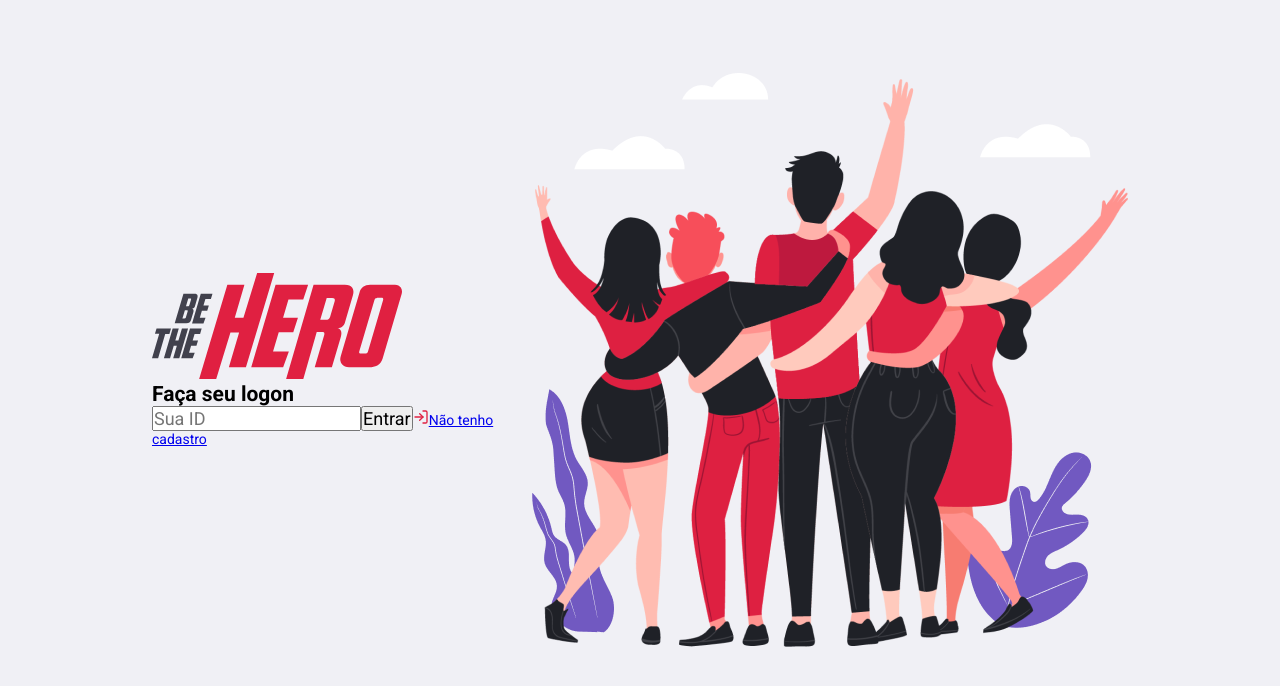
Repository: pedroevangelista/be-the-hero
Page: / (app in frontend/)
An editor plug-in stored every save of this project. The page is shown before and after the next save, followed by the edit.
The browser window is 1280 px wide. The pictures show the whole page.
The project was rebuilt for these pictures with package versions that can differ from the ones it lists, and the page was loaded fresh each time.

Above is the page before, as saved 2020-03-25 12:19:33.

After the next save:
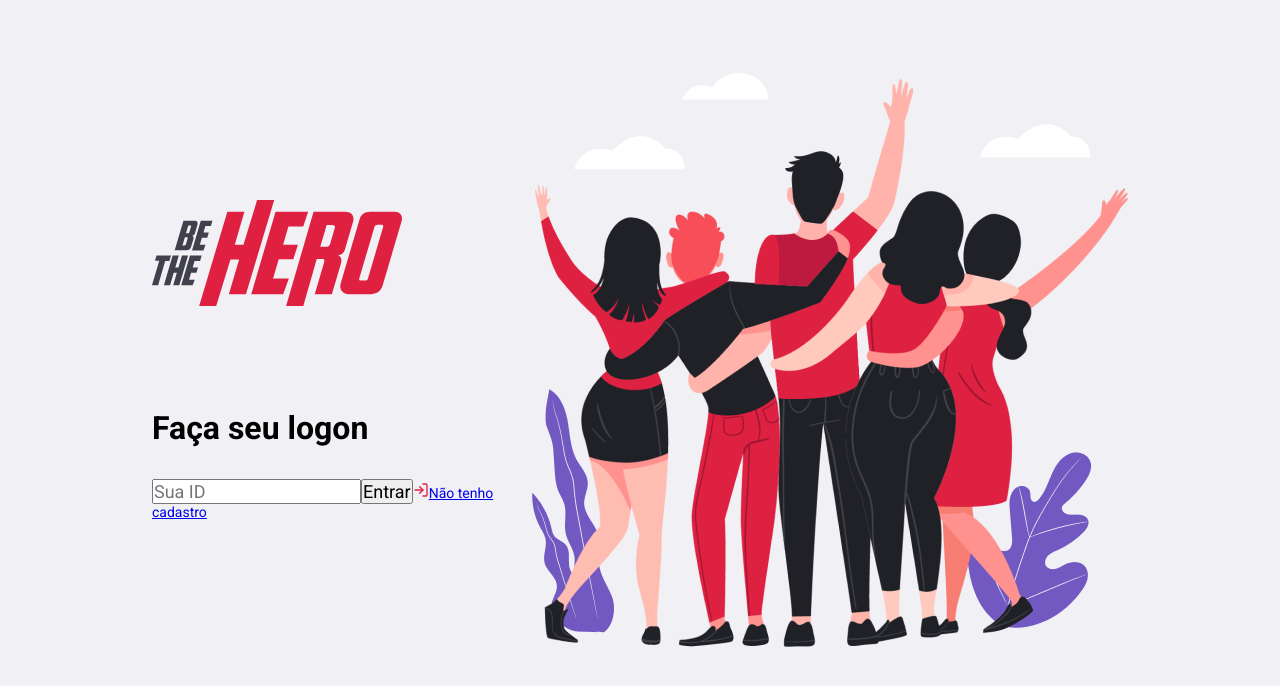
Saved 42 s later.
--- a/frontend/src/pages/Logon/styles.css
+++ b/frontend/src/pages/Logon/styles.css
@@ -13,3 +13,12 @@
     max-width: 350px;
     margin-right: 30px;
 }
+
+.logon-container section.form form {
+    margin-top: 100px;
+}
+
+.logon-container section.form form h1 {
+    font-size: 32px;
+    margin-bottom: 32px;
+}
